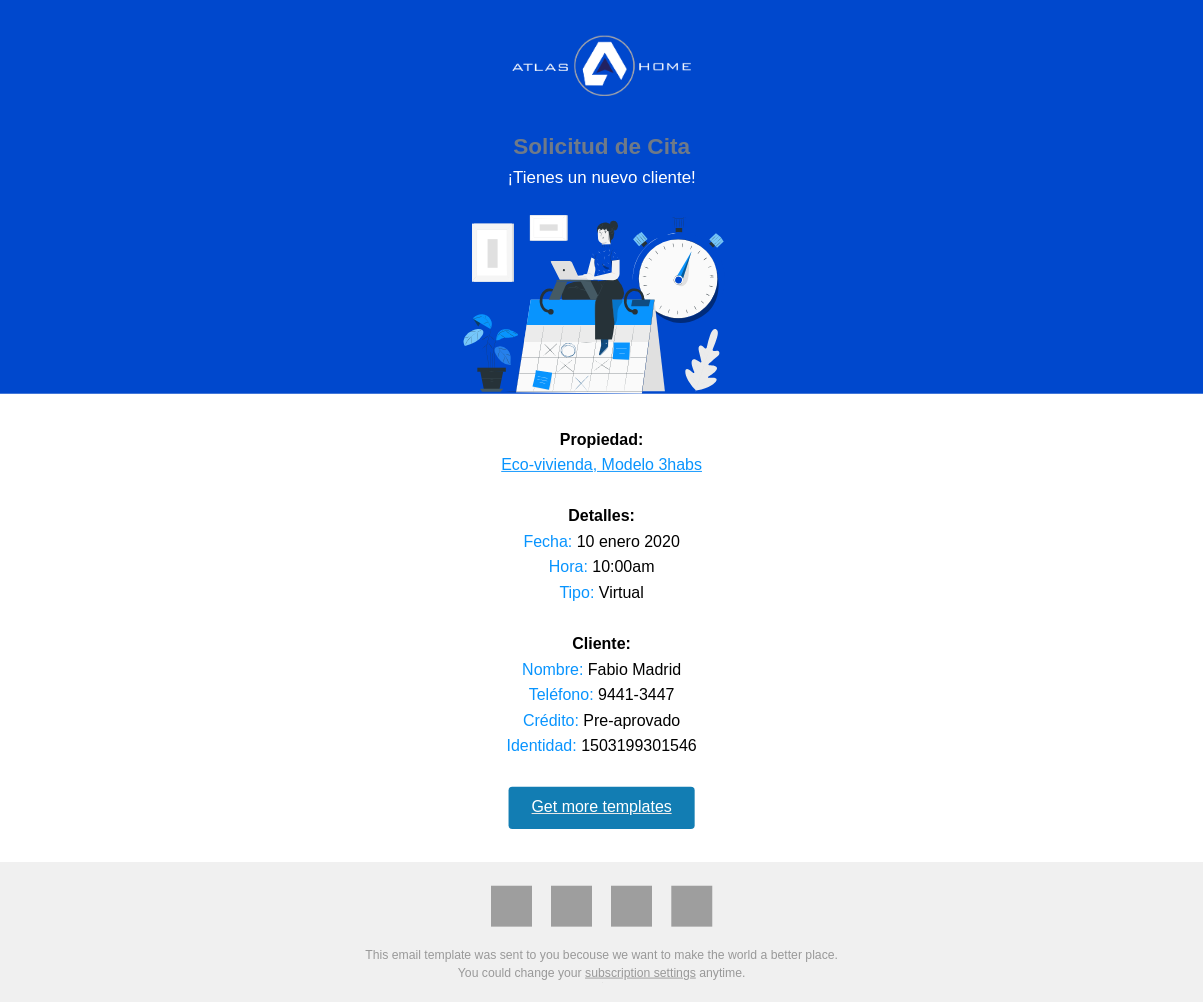
Repository: FabioMadrid/atlas_code
Page: correo_cita_vendedor.html
The author's editor kept a copy of each file at every save. The page is drawn from the files as they stood at one save, then again after the next save.
The browser window is 1280 px wide. The pictures show the whole page, at 94% of full size.
Pictures or frames that could not be fetched are drawn as grey boxes.

Above is the page before, as saved 2021-01-14 16:50:34.

After the next save:
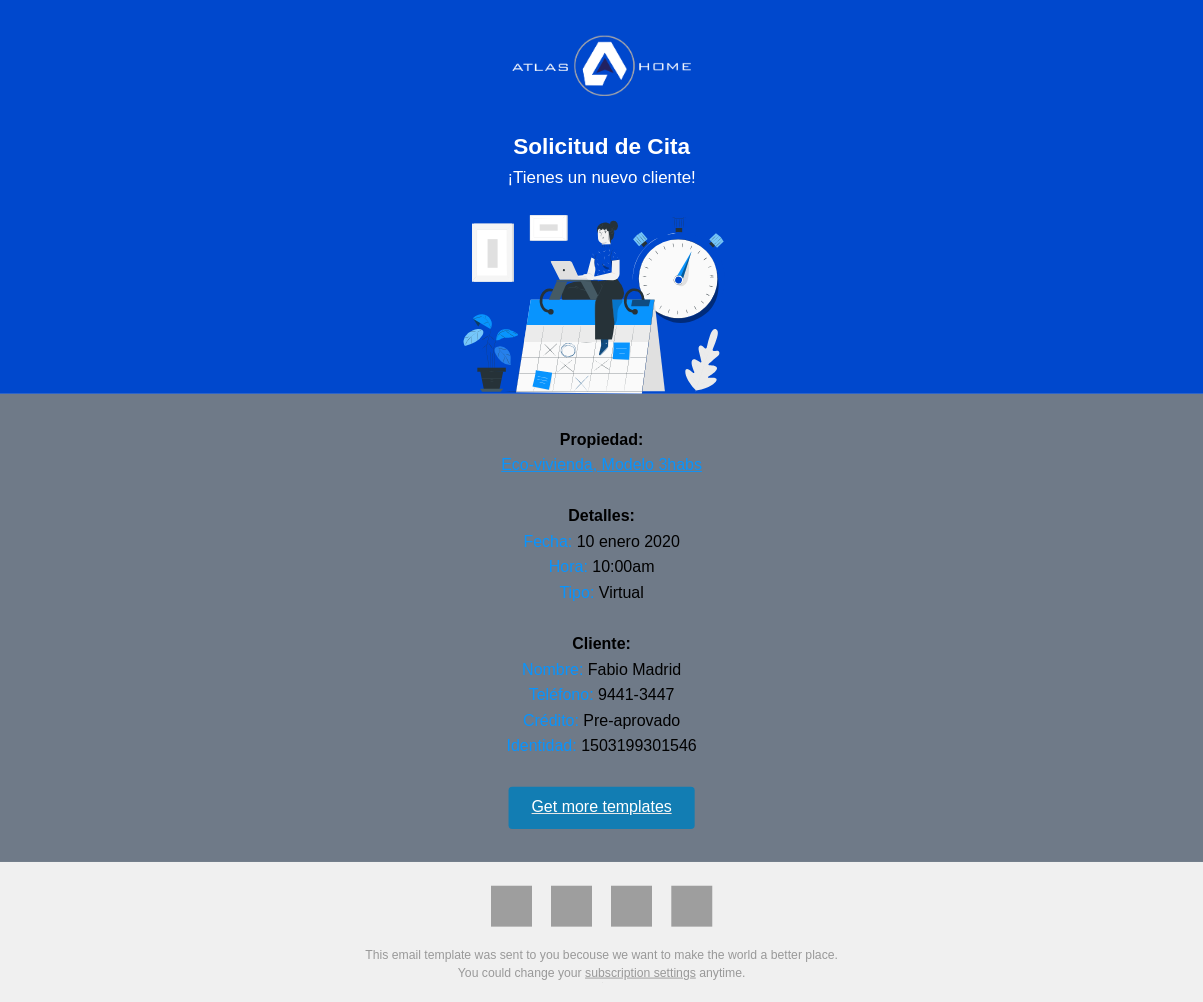
Saved 12 s later.
--- a/correo_cita_vendedor.html
+++ b/correo_cita_vendedor.html
@@ -95,7 +95,7 @@
 	<tr>
 		<td align="center" valign="top" style="border-collapse: collapse; border-spacing: 0; margin: 0; padding: 0; padding-left: 6.25%; padding-right: 6.25%; width: 87.5%; font-size: 24px; font-weight: bold; line-height: 130%;
 			padding-top: 20px;
-			color: #6F7A88;
+			color: #FFFFFF;
 			font-family: sans-serif;" class="header">
 				Solicitud de Cita
 		</td>
@@ -134,7 +134,7 @@
 <!-- Set section background color -->
 </td></tr><tr><td align="center" valign="top" style="border-collapse: collapse; border-spacing: 0; margin: 0; padding: 0;
 	padding-top: 5px;"
-	bgcolor="#FFFFFF">
+	bgcolor="#6F7A88">
 
 <!-- WRAPPER -->
 <!-- Set conteiner background color -->

After the save that followed:
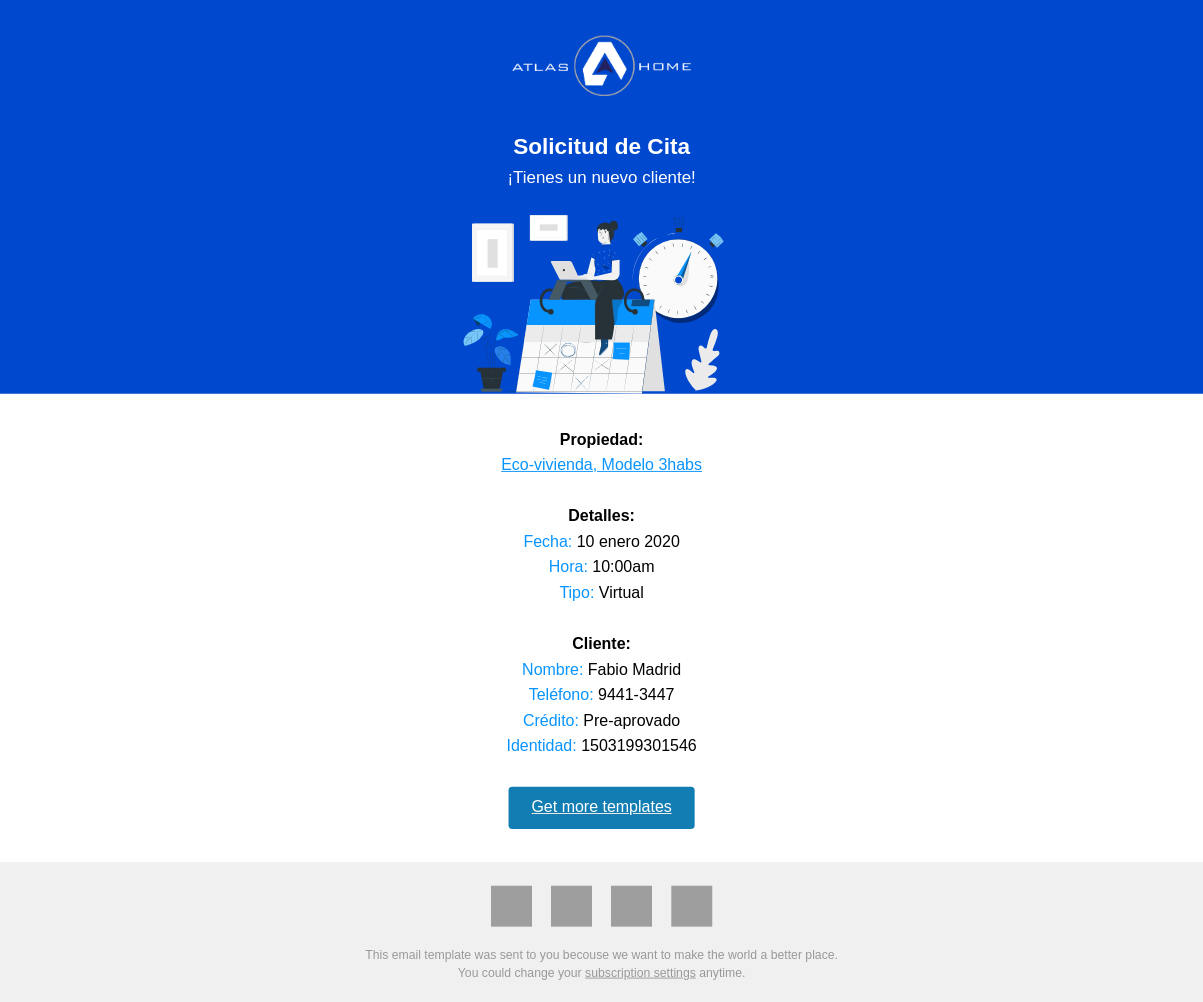
Saved 12 s later.
--- a/correo_cita_vendedor.html
+++ b/correo_cita_vendedor.html
@@ -134,7 +134,7 @@
 <!-- Set section background color -->
 </td></tr><tr><td align="center" valign="top" style="border-collapse: collapse; border-spacing: 0; margin: 0; padding: 0;
 	padding-top: 5px;"
-	bgcolor="#6F7A88">
+	bgcolor="#FFFFFF">
 
 <!-- WRAPPER -->
 <!-- Set conteiner background color -->
